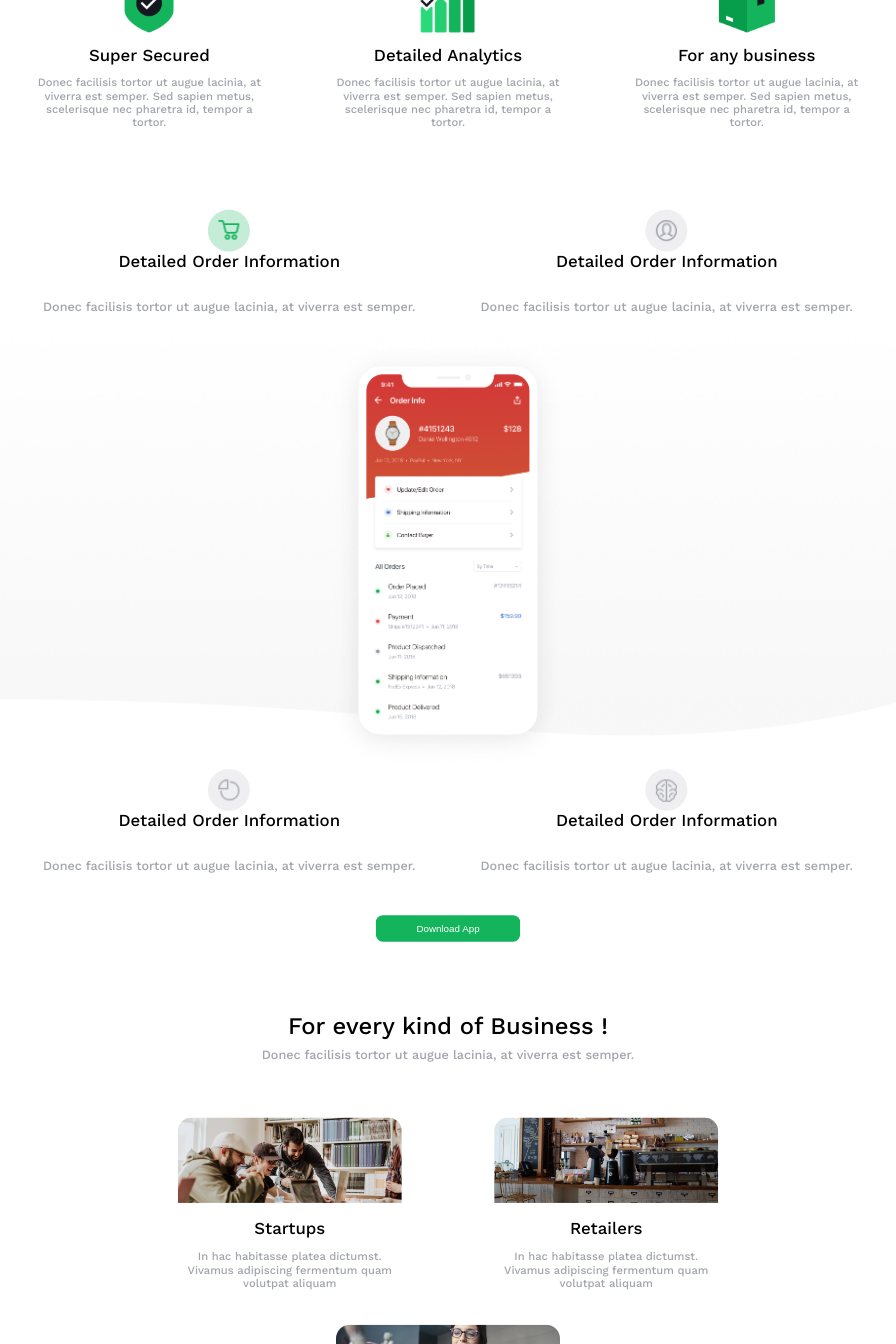
Repository: thinhnguyen347/thinhnguyen347.github.io
Page: cut-html-css/index.html
An editor plug-in stored every save of this project. The page is shown before and after a run of saves, followed by the edit.
The browser window is 1280 px wide. The pictures show the part of the page from y = 1618 to 3538 px (the page is 5222 px tall before and 5172 px after), at 70% of full size.

Above is the page before, as saved 2021-11-10 17:16:20.

### cut-html-css/index.html
<!-- Source: https://www.sketchappsources.com/free-source/3445-mobile-app-landing-page-sketch-freebie-resource.html -->

<!DOCTYPE html>
<html lang="en">

<head>
    <meta charset="UTF-8">
    <meta http-equiv="X-UA-Compatible" content="IE=edge">
    <meta name="viewport" content="width=device-width, initial-scale=1.0">
    <title>Mobile App</title>
    <link rel="shortcut icon" href="https://i.ibb.co/ypjQ3yW/M.png" type="image/x-icon">
    <link rel="stylesheet" href="./css/style.css">
    <link rel="stylesheet" href="./css/style2.css">
    <link rel="stylesheet" type="text/css" href="slick/slick.css" />
    <link rel="stylesheet" href="https://cdnjs.cloudflare.com/ajax/libs/font-awesome/5.15.3/css/all.min.css"
        integrity="sha512-iBBXm8fW90+nuLcSKlbmrPcLa0OT92xO1BIsZ+ywDWZCvqsWgccV3gFoRBv0z+8dLJgyAHIhR35VZc2oM/gI1w=="
        crossorigin="anonymous" />
    <script src="https://ajax.googleapis.com/ajax/libs/jquery/3.6.0/jquery.min.js"></script>

</head>

<body>
    <div class="container1">
        <div class="section1">
            <div class="menu-panel-desktop ">
                <div class="logo"><a href="#" target="_self"><img src="img/logo.png" alt="beepb.io" height="40px"></a>
                </div>

                <div class="menu">
                    <ul>
                        <li><a href="#">Features</a></li>
                        <li><a href="#">Benefits</a></li>
                        <li><a href="#">Plans</a></li>
                        <li class="menuitem"><a href="#">Downloads &nbsp; <i class="fas fa-angle-down"></i></a>
                            <ul class="drop-down">
                                <li><a href="#">Android version</a></li>
                                <li><a href="#">iOs version</a></li>
                                <li><a href="#">ChromeOS version</a></li>
                            </ul>
                        </li>
                        <li><a href="#">Support</a></li>
                        <li><button class="get-started fontwhite">Get Started</button></li>
                    </ul>

                </div>
            </div>
            <!-- Mobile menu -->
            <div class="menu-panel-mobile">

                <div class="logo-mobile">
                    <img class="menu-icon" src="https://i.ibb.co/6vzRnYW/menubtn-white.png" alt="menu" height="35px"
                        width="40px">
                    <a href="#" target="_self"><img src="img/logo.png" alt="beepb.io" height="40px"></a>
                </div>

                <div class="menu-mobile">
                    <div class="item"><a href="#">Features</a></div>
                    <div class="item"><a href="#">Benefits</a></div>
                    <div class="item"><a href="#">Finance</a></div>
                    <div class="item"><a href="#">Downloads</a></div>
                    <div class="item"><a href="#">Sign In</a></div>
                    <button class="get-started-mobile fontwhite">Sign Up</button>
                </div>
            </div>

            <!-- iPhone -->
            <div class="page1">
                <div class="iphone">
                    <img class="iphone-x1" src="img/iphone_x.png" alt="mobile-app" width="340px">
                    <img class="iphone-x2" src="img/iphone_x1.png" alt="mobile-app" width="340px">
                </div>

                <div class="hero-content fontwhite">
                    <h1>Warehouse management</h1>
                    <h1>Made simple.</h1><br><br>
                    <p>BeepB lets you take control of your complete ecommerce warehouse and understand how you’re
                        business is holding up.</p>
                    <br><br><br>
                    <div class="see-more">
                        <button class="download fontwhite"><a href="#">Download the app</button></a>
                        <div class="watch">
                            <div class="watch-icon"><i class="fas fa-caret-right"></i></div>
                            <div><a href="#">&nbsp;&nbsp; Watch How it Works</a></div>
                        </div>
                    </div>
                </div>
            </div>

            <div class="iphone-mobile">
                <img class="iphone-m" src="img/iphone_x1.png" alt="mobile-app">
                <img class="iphone-m" src="img/iphone_x.png" alt="mobile-app" width="340px">
            </div>
        </div>

        <div class="feature">

            <p>Everything you’ll ever need.</p>
            <div class="f-list">
                <div class="f-items">
                    <div class="f-icon"><img src="./img/shield.png" alt="super-secure"></div>
                    <div>
                        <p class="title">Super Secured</p><br>
                        <p class="f-detail">Donec facilisis tortor ut augue lacinia, at viverra est semper. Sed
                            sapien metus, scelerisque nec pharetra id, tempor a tortor.</p>
                    </div>
                </div>
                <div class="f-items">
                    <div class="f-icon"><img src="./img/bar-chart.png" alt="super-secure"></div>
                    <div>
                        <p class="title">Detailed Analytics</p><br>
                        <p class="f-detail">Donec facilisis tortor ut augue lacinia, at viverra est semper. Sed
                            sapien metus, scelerisque nec pharetra id, tempor a tortor.</p>
                    </div>
                </div>
                <div class="f-items">
                    <div class="f-icon"><img src="./img/box.png" alt="super-secure"></div>
                    <div>
                        <p class="title">For any business</p><br>
                        <p class="f-detail">Donec facilisis tortor ut augue lacinia, at viverra est semper. Sed
                            sapien metus, scelerisque nec pharetra id, tempor a tortor.</p>
                    </div>
                </div>
            </div>
        </div>

    </div>
    <div class="container2">

        <img class="oval-black" src="./img/oval-bl.png" alt="decoration">
        <div class="section2">
            <div class="content">
                <div class="left-panel">
                    <div>
                        <div class="icon"><img src="img/cart1.png" alt="Detailed-Order-Information" width="30px"></div>
                        <p class="title">Detailed Order Information</p>
                        <p class="description">Donec facilisis tortor ut augue lacinia, at viverra est semper.</p>
                    </div>
                    <div>
                        <div class="icon bg"><img src="img/buyer1.png" alt="Detailed-Order-Information" width="30px">
                        </div>
                        <p class="title">Detailed Order Information</p>
                        <p class="description">Donec facilisis tortor ut augue lacinia, at viverra est semper.</p>
                    </div>
                </div>
                <div class="middle">
                    <img class="iphone-x3" src="img/iphone_x2.png" alt="mobile-app" width="340px">
                </div>
                <div class="right-panel">
                    <div>
                        <div class="icon bg"><img src="img/pie.png" alt="Detailed-Order-Information" width="30px"></div>
                        <p class="title">Detailed Order Information</p>
                        <p class="description">Donec facilisis tortor ut augue lacinia, at viverra est semper.</p>
                    </div>
                    <div>
                        <div class="icon bg"><img src="img/brain.png" alt="Detailed-Order-Information" width="30px">
                        </div>
                        <p class="title">Detailed Order Information</p>
                        <p class="description">Donec facilisis tortor ut augue lacinia, at viverra est semper.</p>
                    </div>
                </div>
            </div>
            <button class="download2 download fontwhite"><a href="#">Download App</a></button>
        </div>

        <div class="feature2">
            <img class="oval-green" src="./img/oval_gr.png" alt="decoration">
            <p class="business">For every kind of Business &excl;</p>
            <p class="sub-title">Donec facilisis tortor ut augue lacinia, at viverra est semper.</p>
            <div class="f-list">
                <div class="f-items">
                    <div class="img"><img src="./img/startup.png" alt="super-secure" width="320px"> </div>
                    <div>
                        <p class="title pdtop">Startups</p><br>
                        <p class="f-detail">In hac habitasse platea dictumst. Vivamus adipiscing fermentum quam volutpat
                            aliquam</p>
                    </div>
                </div>
                <div class="f-items">
                    <div class="img"><img src="./img/retailer.png" alt="super-secure" width="320px"></div>
                    <div>
                        <p class="title pdtop">Retailers</p><br>
                        <p class="f-detail">In hac habitasse platea dictumst. Vivamus adipiscing fermentum quam volutpat
                            aliquam</p>
                    </div>
                </div>
                <div class="f-items">
                    <div class="img"><img src="./img/indiv.png" alt="super-secure" width="320px"></div>
                    <div>
                        <p class="title pdtop">Individuals</p><br>
                        <p class="f-detail">In hac habitasse platea dictumst. Vivamus adipiscing fermentum quam volutpat
                            aliquam</p>
                    </div>
                </div>
            </div>
            <button class="download3"><a href="#">Learn more</a></button>
        </div>

        <div class="section3">
            <p class="business">Our users love the app!</p><br><br>
            <!-- Carousel  -->
            <div class="carousel-area">
                <div class="carousel">
                    <div>
                        <div class="review">
                            <p>Donec facilisis tortor ut augue lacinia, at viverra est semper. Sed sapien metus,
                                scelerisque
                                nec pharetra id, tempor a tortor.</p>
                        </div>
                        <div class="rate">
                            <div class="guest"><img src="./img/guest1.jpg" alt="review" width="100px"></div>
                            <div class="personal-rating">
                                <div class="guest-name">
                                    <p>Son Tung</p>
                                </div>
                                <div class="rating">
                                    <i class="far fa-star star-color"></i>
                                    <i class="far fa-star star-color"></i>
                                    <i class="far fa-star star-color"></i>
                                    <i class="far fa-star star-color"></i>
                                    <i class="far fa-star star-color"></i>
                                </div>
                            </div>
                        </div>
                    </div>
                    <div>
                        <div class="review">
                            <p>Donec facilisis tortor ut augue lacinia, at viverra est semper. Sed sapien metus,
                                scelerisque
                                nec pharetra id, tempor a tortor.</p>
                        </div>
                        <div class="rate">
                            <div class="guest"><img src="./img/guest2.jpg" alt="review" width="100px"></div>
                            <div class="personal-rating">
                                <div class="guest-name">
                                    <p>Min</p>
                                </div>
                                <div class="rating">
                                    <i class="far fa-star star-color"></i>
                                    <i class="far fa-star star-color"></i>
                                    <i class="far fa-star star-color"></i>
                                    <i class="far fa-star star-color"></i>
                                    <i class="fas fa-star star-gray"></i>
                                </div>
                            </div>
                        </div>
                    </div>
                    <div>
                        <div class="review">
                            <p>Donec facilisis tortor ut augue lacinia, at viverra est semper. Sed sapien metus,
                                scelerisque
                                nec pharetra id, tempor a tortor.</p>
                        </div>
                        <div class="rate">
                            <div class="guest"><img src="./img/guest3.jpg" alt="review" width="100px"></div>
                            <div class="personal-rating">
                                <div class="guest-name">
                                    <p>Soobin</p>
                                </div>
                                <div class="rating"><i class="far fa-star star-color"></i><i
                                        class="far fa-star star-color"></i><i class="far fa-star star-color"></i><i
                                        class="far fa-star star-color"></i><i class="far fa-star star-color"></i>
                                </div>
                            </div>
                        </div>
                    </div>
                </div>


            </div>
            <!-- End of Carousel  -->
        </div>

        <div class="bg-bottom">

            <div class="dld">
                <div>
                    <p class="title pdtop">Get started with the mobile app!</p><br>
                    <p class="f-detail">Donec facilisis tortor ut augue lacinia, at viverra est semper. Sed sapien
                        metus, scelerisque nec pharetra id, tempor a tortor.</p>
                </div>
                <br><br>
                <img src="./img/gglplay.png" alt="google-play" height="40px">&nbsp;
                <img src="./img/appstore.png" alt="appstore" height="40px">
            </div>


            <div class="container3">

                <div class="logo2"><a href="#" target="_self"><img src="img/logo.png" alt="beepb.io" height="40px"></a>
                </div>

                <div class="bottom-panel">
                    <div class="block-end">
                        <div class="bottom-title">FEATURES</div>
                        <div class="item-end"><a href="#">Tour</a></div>
                        <div class="item-end"><a href="#">Analytics</a></div>
                        <div class="item-end"><a href="#">Security</a></div>
                        <div class="item-end"><a href="#">Intelligent AI</a></div>
                        <div class="item-end"><a href="#">SmartEngine</a></div>
                    </div>
                    <div class="block-end">
                        <div class="bottom-title">DOWNLOADS</div>
                        <div class="item-end"><a href="#">Android (Google Play)</a></div>
                        <div class="item-end"><a href="#">iOs (App Store)</a></div>
                        <div class="item-end"><a href="#">ChromeOS (Coming soon)</a></div>
                    </div>
                    <div class="block-end">
                        <div class="bottom-title">RESOURCES</div>
                        <div class="item-end"><a href="#">API</a></div>
                        <div class="item-end"><a href="#">Mobile SDK</a></div>
                        <div class="item-end"><a href="#">Blog</a></div>
                        <div class="item-end"><a href="#">Videos</a></div>
                    </div>
                    <div class="block-end">
                        <div class="bottom-title">COMPANY</div>
                        <div class="item-end"><a href="#">About us</a></div>
                        <div class="item-end"><a href="#">Jobs</a></div>
                        <div class="item-end"><a href="#">Press & Media</a></div>
                        <div class="item-end"><a href="#">Sitemap</a></div>
                    </div>
                </div>

                <div class="social-media">
                    <div class="media-icon"><a href="http://www.facebook.com"><img src="./img/facebook.png"
                                alt="facebook" width="30px"></a></div>
                    <div class="media-icon "><a href="http://www.twitter.com"><img src="./img/twitter.png" alt="twitter"
                                width="30px"></a></div>
                    <div class="media-icon "><a href="http://www.youtube.com"><img src="./img/youtube.png" alt="youtube"
                                width="30px"></a></div>
                    <div class="media-icon"><a href="http://www.google.com"><img src="./img/googleplus.png"
                                alt="google-plus" width="30px"></a></div>
                </div>
            </div>
        </div>
    </div>
    <!-- SCRIPT -->

    <script src="https://code.jquery.com/jquery-3.6.0.slim.js"
        integrity="sha256-HwWONEZrpuoh951cQD1ov2HUK5zA5DwJ1DNUXaM6FsY=" crossorigin="anonymous"></script>
    <script type="text/javascript" src="slick/slick.min.js"></script>
    <script src="./main.js"></script>

</body>

</html>

### cut-html-css/css/style2.css
@media (max-width: 320px) {
  .feature p {
    color: black !important;
  }

  .container2 {
    padding: 0 !important;
  }

  .hero-content {
    width: 100%;
    padding: 20px;
    text-align: center;
  }

  .prevArrow,.nextArrow{
    display: none;
  }
}

@media (max-width: 768px) {

  .prevArrow,.nextArrow{
    display: none;
  }

  .section2,
  .bg-bottom {
    background-image: none;
  }

  .iphone,
  .menu-panel-desktop {
    display: none;
  }

  .feature p {
    color: black !important;
  }

  .menu-panel-mobile {
    display: block;
  }

  .hero-content {
    width: 100%;
    padding: 100px 50px 20px 50px;
    text-align: center;
  }

  .hero-content h1 {
    font-size: 2rem;
  }

  .see-more {
    display: block;
    margin: auto;
    width: 100%;
  }

  .watch {
    justify-content: center;
    padding-top: 50px;
    padding-bottom: 50px;
    width: 100%;
  }

  .iphone-mobile {
    display: flex;
    justify-content: center;
    flex-wrap: wrap;
  }

  .feature > p {
    font-size: 34px;
    padding-top: 60px;
    padding-bottom: 60px;
  }

  .feature {
    width: auto;
  }

  .f-list {
    display: flex;
    justify-content: space-around;
  }
  .container2 {
    padding: 15px;
    height: auto;
  }

  .container3 {
    background-color: #1e202a;
    border-radius: 10px;
  }
  .section2,
  .section3 {
    background-image: none;
  }

  .oval-green,
  .oval-black {
    display: none;
  }

  .download2 {
    margin: 40px auto;
  }

  .feature2 {
    width: auto;
  }
  .carousel {
    width: 95%;
  }

  .business {
    padding-top: 20px !important;
  }

  .review {
    width: 95%;
  }

  .dld {
    width: 100%;
    margin: 40px auto 40px auto;
  }

  .bottom-panel {
    width: 100%;
    justify-content: space-around;
  }

  .block-end {
    width: 40%;
    text-align: center;
    padding-bottom: 50px;
  }

  .social-media {
    width: 100%;
    display: flex;
    flex-direction: row;
    justify-content: flex-end;
    margin: auto;
    padding: 0 0 20px 0;
  }

  .content {
    padding-top: 40px;
  }

  .left-panel,
  .right-panel {
    display: block;
    text-align: center;
    width: 100% !important;
  }
}

@media (max-width: 1200px){

  .menu-panel-desktop {
    padding: 60px 50px 90px 50px;
  }
}


@media (max-width: 1400px) {
  .section2,
  .feature2,
  .bg-bottom {
    padding: 15px;
  }

  .section3 {
    background-image: none;
  }

  .menu-panel-desktop {
    padding: 60px 50px 90px 50px;
  }
  }

  .menu {
    width: 100%;
  }

  .get-started {
    width: 100px;
  }

  .page1 {
    width: 100%;
    display: flex;
    flex-wrap: wrap;
    justify-content: center;
  }

  .iphone {
    display: none;
  }

  .iphone-mobile {
    padding-top: 50px;
    display: flex;
    justify-content: space-around;
  }

  .feature {
    width: 100%;
  }

  .content {
    flex-direction: column;
    padding-top: 50px;
  }

  .middle {
    width: 100%;
    display: flex;
    justify-content: center;
  }

  .icon {
    margin: auto;
  }

  .left-panel,
  .right-panel {
    flex-direction: row !important;
    justify-content: space-around;
    text-align: center;
    width: 100% !important;
  }

  .business {
    padding-top: 50px !important;
  }

  .bg-bottom {
    background-size: 200% !important;
  }

  .download2 {
    margin: 20px auto !important;
  }
}

Loaded but not shown: cut-html-css/slick/slick.css (common file); cut-html-css/slick/slick.min.js (library); cut-html-css/main.js (37 lines, source omitted); cut-html-css/css/style.css (539 lines, source omitted)

After the next 2 saves:
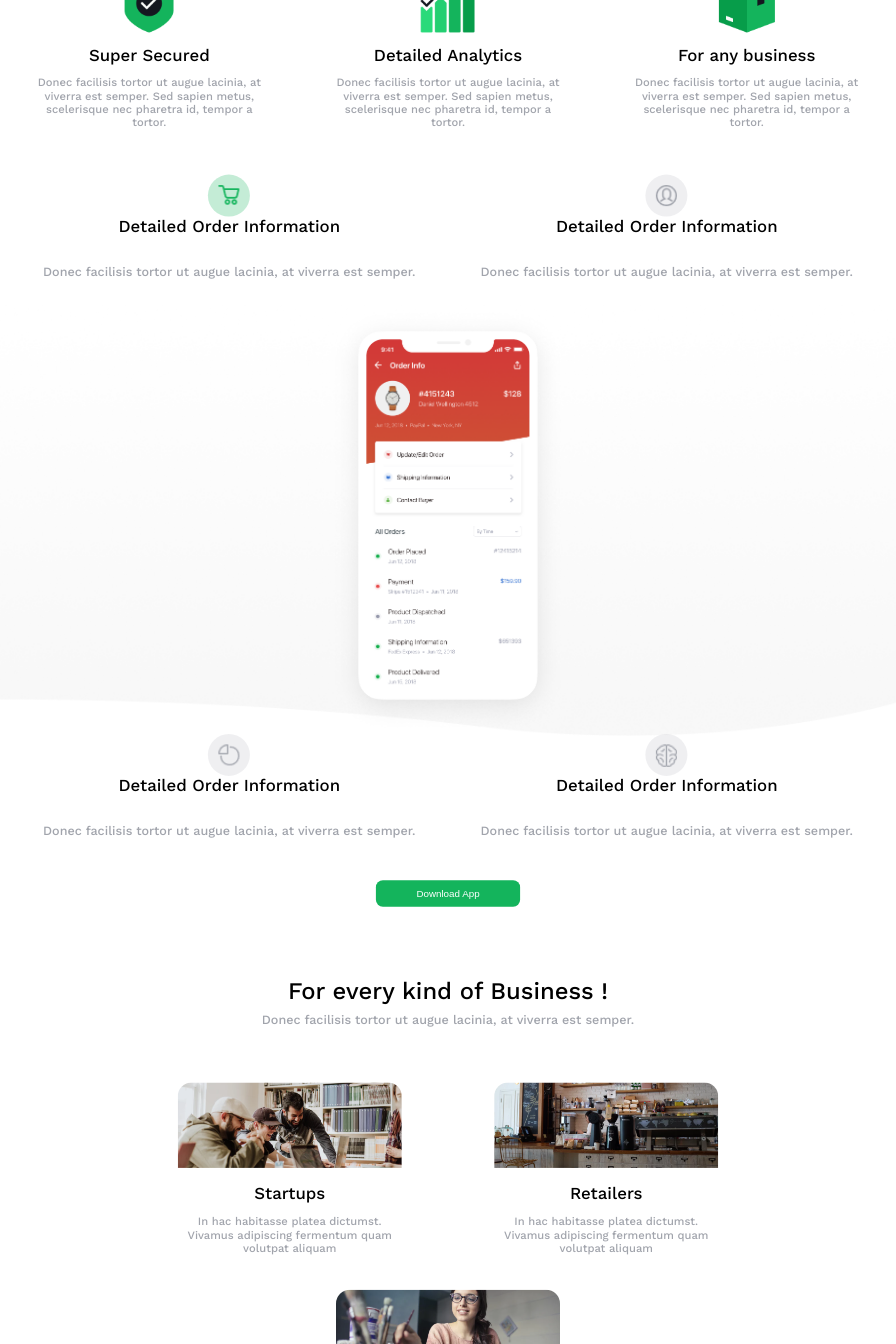
The 2 saves are shown as one change because they came seconds apart.
The last was saved 3 min 1 s later.
--- a/cut-html-css/index.html
+++ b/cut-html-css/index.html
@@ -128,7 +128,7 @@
 
         <img class="oval-black" src="./img/oval-bl.png" alt="decoration">
         <div class="section2">
-            <div class="content">
+            <div class="section2__content">
                 <div class="left-panel">
                     <div>
                         <div class="icon"><img src="img/cart1.png" alt="Detailed-Order-Information" width="30px"></div>
